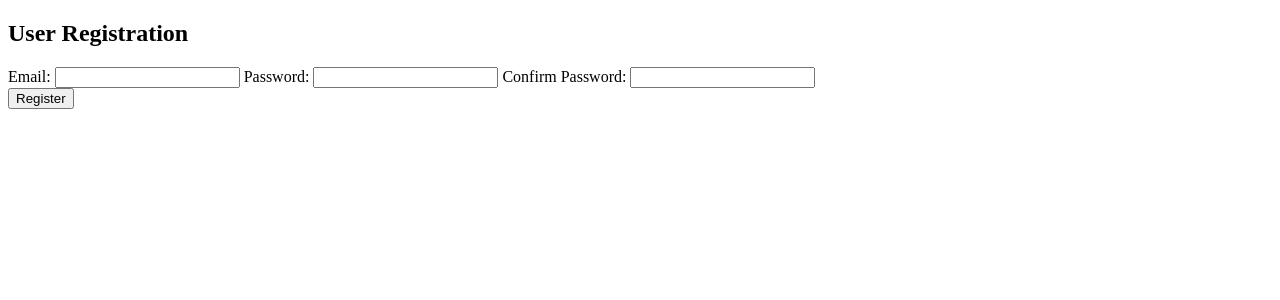
Repository: Srmaraghu/Advanced-Java
Page: Form Handling/src/main/webapp/q1.html
An editor plug-in stored every save of this project. The page is shown before and after the next save, followed by the edit.
The browser window is 1280 px wide. The pictures show the whole page.

Above is the page before, as saved 2025-01-26 01:52:18.

After the next save:
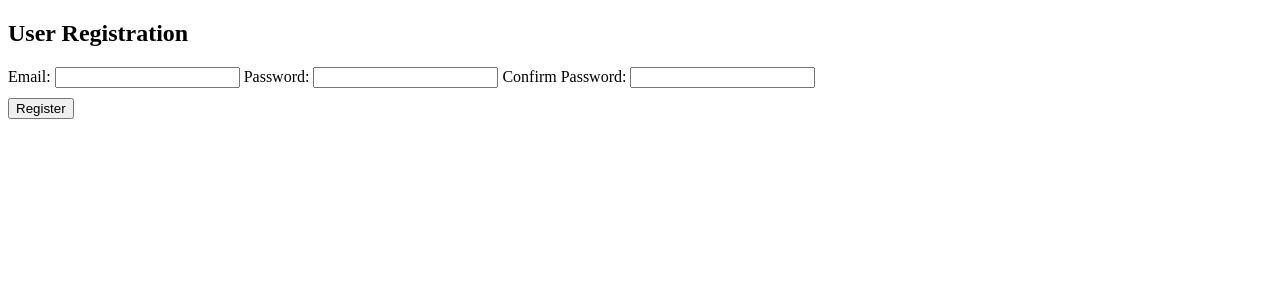
Saved 2 s later.
--- a/Form Handling/src/main/webapp/q1.html
+++ b/Form Handling/src/main/webapp/q1.html
@@ -4,7 +4,7 @@
   <meta charset="UTF-8">
   <meta name="viewport" content="width=device-width, initial-scale=1.0">
   <title>User Registration</title>
-  </head>
+</head>
 <body>
   <h2>User Registration</h2>
   <form id="registrationForm">
@@ -17,7 +17,7 @@
     <label for="confirmPassword">Confirm Password:</label>
     <input type="password" id="confirmPassword" name="confirmPassword" required>
 
-    <div class="error" id="errorMessage"></div>
+    <div id="errorMessage" style="color: red; margin-top: 10px;"></div>
 
     <button type="submit">Register</button>
   </form>
@@ -41,19 +41,16 @@
       }
 
       // Send form data to the servlet
-      const formData = new FormData();
-      formData.append("email", email);
-      formData.append("password", password);
-
-      fetch("register", { // Replace 'register' with your servlet URL
+      fetch("register", {
         method: "POST",
-        body: formData,
+        headers: { "Content-Type": "application/x-www-form-urlencoded" },
+        body: `email=${encodeURIComponent(email)}&password=${encodeURIComponent(password)}`,
       })
-        .then(response => response.text())
-        .then(data => {
+        .then((response) => response.text())
+        .then((data) => {
           alert(data); // Show response from the servlet
         })
-        .catch(error => {
+        .catch((error) => {
           console.error("Error:", error);
         });
     });
